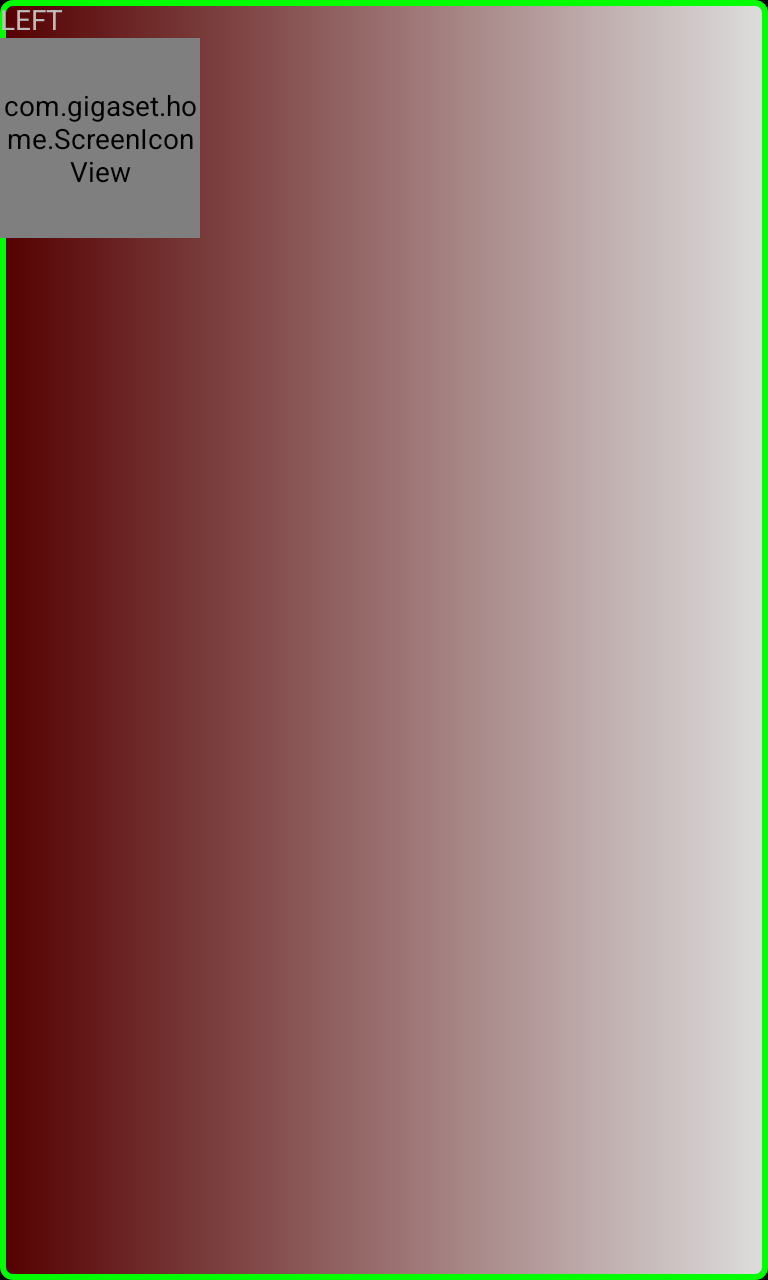
Repository: yoszka/test
Layout: com.example.android.home.Home/res/layout/left.xml
The author's editor kept a copy of each file at every save. The layout is drawn from the files as they stood at one save, then again after the next save.
Pictures or frames that could not be fetched are drawn as grey boxes. It is drawn on a 768 x 1280 px phone screen (xhdpi) without system bars, with theme android:Theme; the app's code is not run.

Above is the layout before, as saved 2012-09-10 17:42:28.

### com.example.android.home.Home/res/layout/left.xml
<?xml version="1.0" encoding="utf-8"?>
<LinearLayout xmlns:android="http://schemas.android.com/apk/res/android"
    		  xmlns:atrybutes="http://schemas.android.com/apk/res/com.example.android.home"
    android:layout_width="match_parent"
    android:layout_height="match_parent"
    android:orientation="vertical"
    android:background="@drawable/tlo">

    <TextView
        android:id="@+id/textViewLeft"
        android:layout_width="wrap_content"
        android:layout_height="wrap_content"
        android:text="LEFT" />

    <com.gigaset.home.ScreenIconView
        android:id="@+id/screenIndicator"
        android:layout_width	 = "100dp"
        android:layout_height	 = "100dp"
        atrybutes:label			 = "Dupa"
        atrybutes:icon_active 	 = "@drawable/tlo_act"
        atrybutes:icon_inactive  = "@drawable/tlo"
        atrybutes:pages_cnt 	 = "3"
        atrybutes:default_active = "1"
        atrybutes:width 		 = "50"
        atrybutes:height 		 = "50" />

</LinearLayout>

### com.example.android.home.Home/res/drawable/tlo.xml
<?xml version="1.0" encoding="utf-8"?>
<shape xmlns:android="http://schemas.android.com/apk/res/android" >
    <corners android:radius="5dp" />
    <gradient android:startColor="#500" android:endColor="#DDD" android:type="linear"/>
    <stroke android:color="#0f0" android:width="3dp"/>

</shape>

### com.example.android.home.Home/res/drawable/tlo_act.xml
<?xml version="1.0" encoding="utf-8"?>
<shape xmlns:android="http://schemas.android.com/apk/res/android" >
    <corners android:radius="5dp" />
    <gradient android:startColor="#222" android:endColor="#DDD" android:type="linear"/>
    <stroke android:color="#0f0" android:width="3dp"/>

</shape>

After the next save:
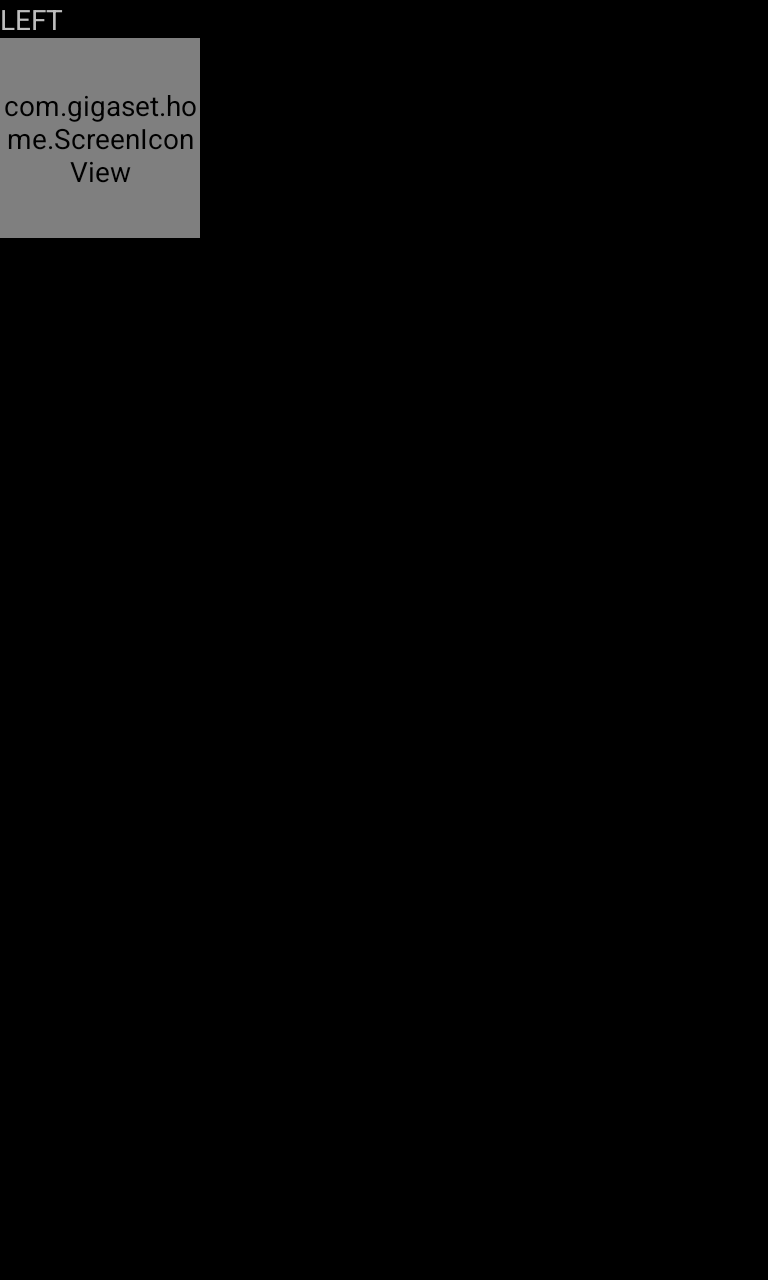
Saved 6 s later.
--- a/com.example.android.home.Home/res/layout/left.xml
+++ b/com.example.android.home.Home/res/layout/left.xml
@@ -3,8 +3,7 @@
     		  xmlns:atrybutes="http://schemas.android.com/apk/res/com.example.android.home"
     android:layout_width="match_parent"
     android:layout_height="match_parent"
-    android:orientation="vertical"
-    android:background="@drawable/tlo">
+    android:orientation="vertical">
 
     <TextView
         android:id="@+id/textViewLeft"
